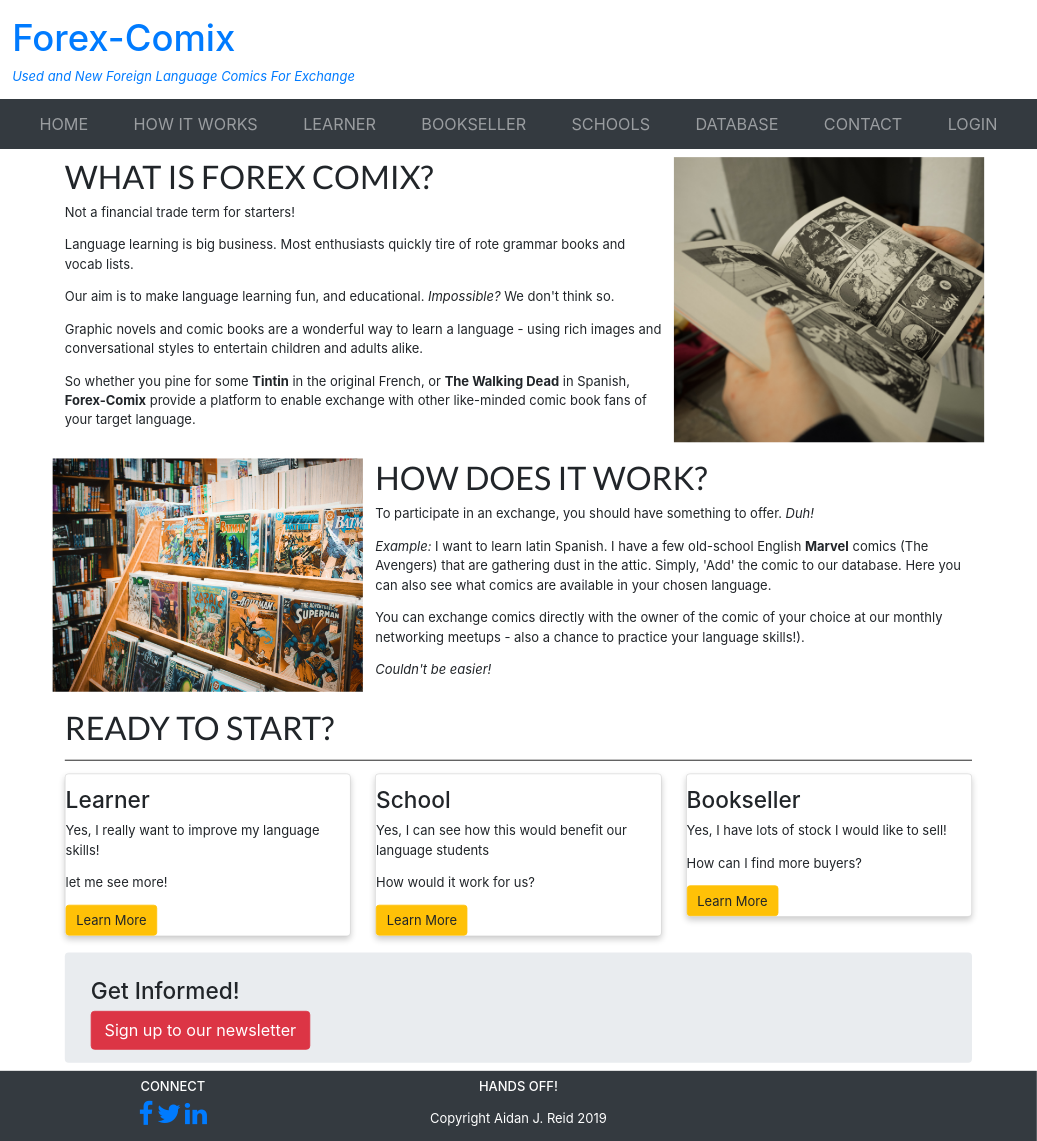
Repository: AidanJReid/Forex-Comix
Page: index.html
The author's editor kept a record of every edit. The page is drawn from the files as they stood at one moment, then again after the next edit.
The browser window is 1280 px wide. The pictures show the whole page, at 81% of full size.

Above is the page before.

After the next edit:
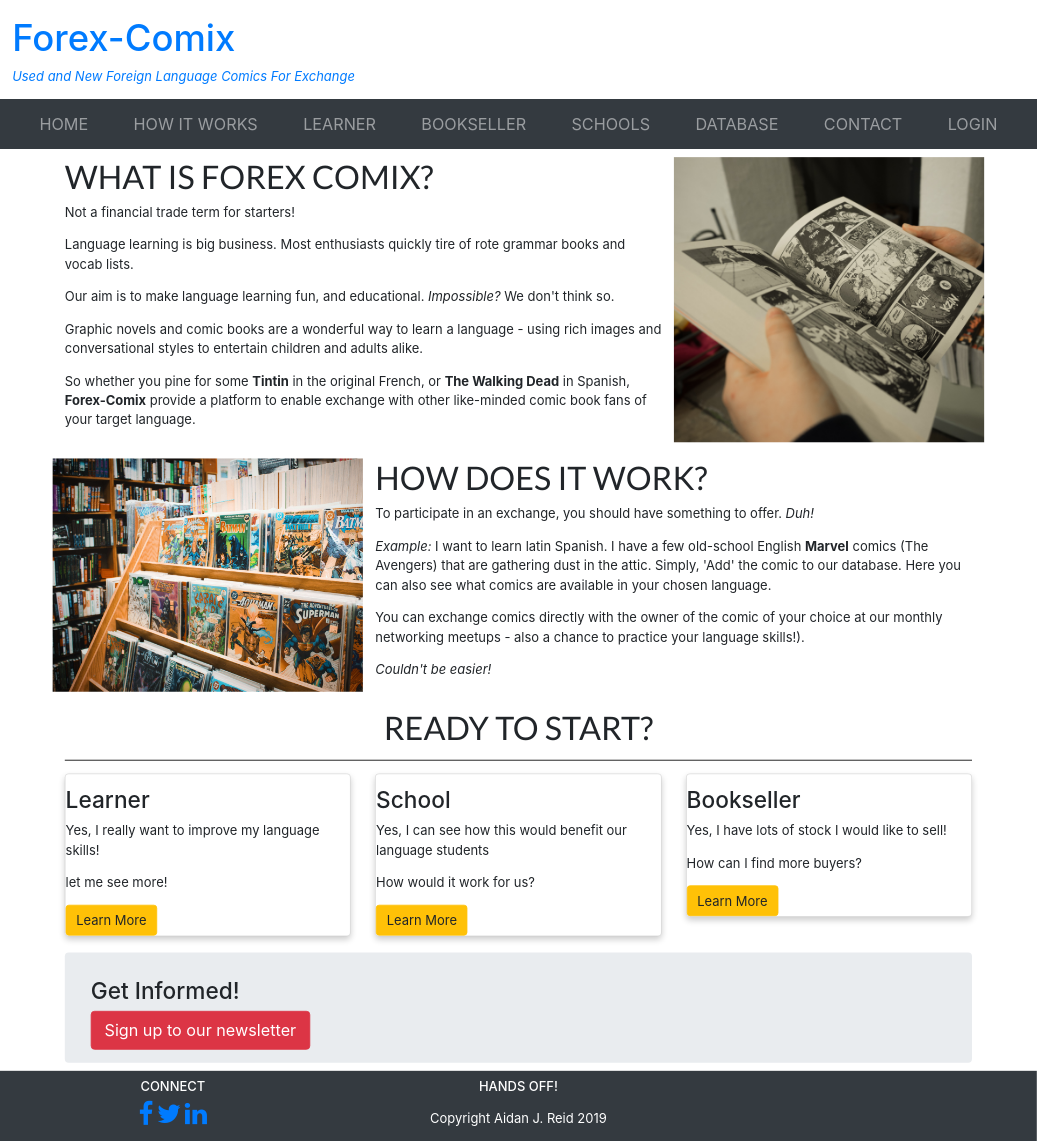
The edit:
--- a/index.html
+++ b/index.html
@@ -102,7 +102,7 @@
             </div>
         </div>
         <div class="container profiles" id="profiles">
-            <h1 class="big-center-header">Ready to start?</h1>
+            <h1 class="ready-header">Ready to start?</h1>
             <hr class="hr-main-sections">
             <div class="row">
                 <div class="col-md-4 learner">
